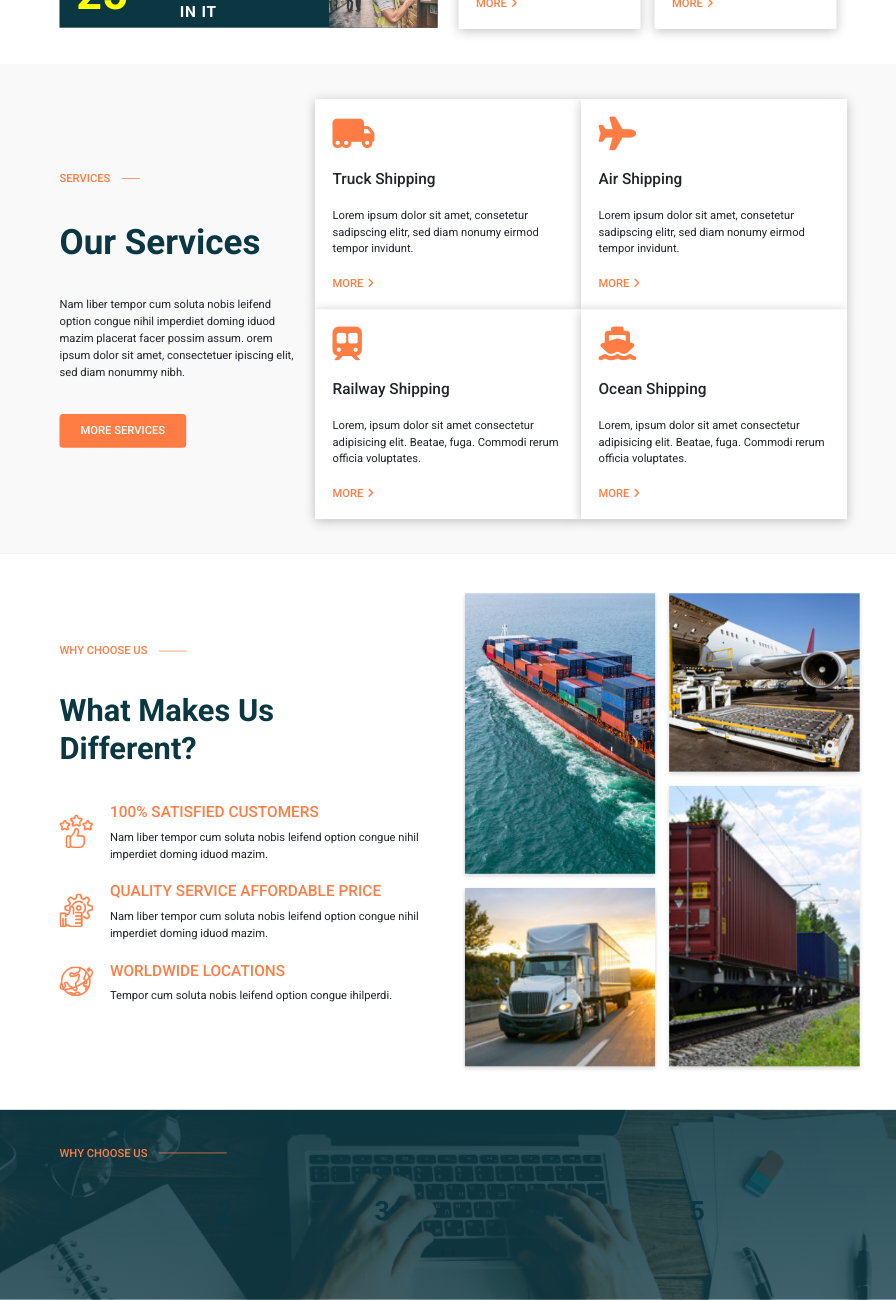
Repository: nazmulalok/shipping-theme
Page: index.html
The author's editor kept a copy of each file at every save. The page is drawn from the files as they stood at one save, then again after the next save.
The browser window is 1280 px wide. The pictures show the part of the page from y = 1621 to 3541 px (the page is 3478 px tall before and 3541 px after), at 70% of full size.
Some web libraries are served in a nearby version.

Above is the page before, as saved 2022-10-09 09:23:25.

### index.html
<!DOCTYPE html>
<html lang="en">

    <head>
        <meta charset="UTF-8">
        <meta http-equiv="X-UA-Compatible" content="IE=edge">
        <meta name="viewport" content="width=device-width, initial-scale=1.0">
        <link rel="preconnect" href="https://fonts.googleapis.com">
        <link rel="preconnect" href="https://fonts.gstatic.com" crossorigin>
        <link
            href="https://fonts.googleapis.com/css2?family=Roboto:ital,wght@0,300;0,400;0,500;0,700;0,900;1,300;1,400;1,500;1,700;1,900&display=swap"
            rel="stylesheet">
        <link rel="stylesheet"
            href="https://cdnjs.cloudflare.com/ajax/libs/OwlCarousel2/2.3.4/assets/owl.carousel.min.css"
            integrity="sha512-tS3S5qG0BlhnQROyJXvNjeEM4UpMXHrQfTGmbQ1gKmelCxlSEBUaxhRBj/EFTzpbP4RVSrpEikbmdJobCvhE3g=="
            crossorigin="anonymous" referrerpolicy="no-referrer" />
        <link rel="stylesheet"
            href="https://cdnjs.cloudflare.com/ajax/libs/OwlCarousel2/2.3.4/assets/owl.theme.default.min.css"
            integrity="sha512-sMXtMNL1zRzolHYKEujM2AqCLUR9F2C4/05cdbxjjLSRvMQIciEPCQZo++nk7go3BtSuK9kfa/s+a4f4i5pLkw=="
            crossorigin="anonymous" referrerpolicy="no-referrer" />
        <link rel="stylesheet" href="https://cdnjs.cloudflare.com/ajax/libs/font-awesome/6.2.0/css/all.min.css"
            integrity="sha512-xh6O/CkQoPOWDdYTDqeRdPCVd1SpvCA9XXcUnZS2FmJNp1coAFzvtCN9BmamE+4aHK8yyUHUSCcJHgXloTyT2A=="
            crossorigin="anonymous" referrerpolicy="no-referrer" />
        <link rel="stylesheet" href="https://cdn.jsdelivr.net/npm/bootstrap@4.0.0/dist/css/bootstrap.min.css"
            integrity="sha384-Gn5384xqQ1aoWXA+058RXPxPg6fy4IWvTNh0E263XmFcJlSAwiGgFAW/dAiS6JXm" crossorigin="anonymous">
        <link rel="stylesheet" href="style.css">
        <title>Document</title>
    </head>

    <body>
        <header class="header-top">
            <div class="container">
                <div class="top-bar">
                    <p class="m-0">Dolor sit amet, consetetur sadipscing elitr sed diam</p>
                    <div>
                        <span class="mr-4">Shipment Tracker</span>
                        <span>Login</span>
                    </div>
                </div>
                <div class="header-area">
                    <div class="logo">
                        <img src="images/shipping-logo.svg" alt="Shipping Logo">
                    </div>
                    <nav>
                        <ul>
                            <li><a href="#">Home</a></li>
                            <li><a href="#">About Us</a></li>
                            <li><a href="#">Service</a></li>
                            <li><a href="#">Project</a></li>
                            <li><a href="#">Blog</a></li>
                            <li><a href="#">News & Events</a></li>
                            <li><a href="#">Contact Us</a></li>
                        </ul>
                    </nav>
                    <div class="nav-btn">
                        <a class="common-btn mr-3" href="#">Get A Quote</a>
                        <i class="fa-solid fa-ellipsis-vertical"></i>
                    </div>
                </div>
            </div>
        </header>
        <!-- Slider -->
        <section>
            <div class="main-slider">
                <div class="container">
                    <div class="slide-content">
                        <div class="slide-text">
                            <div class="slider-title mb-4">Lorem ips<br>
                                dolor sit ametcon<br>
                                sadips cing</div>
                            <p>Nam liber tempor cum soluta nobis eleifend option</p>
                            <div class="sliderBtn mt-5"><a class="common-btn mr-4" href="#">Get Started Now</a><a
                                    class="common-btn outline-btn" href="#">Learn More</a></div>
                        </div>
                    </div>
                </div>
            </div>
        </section>
        <!-- Slider Ends -->
        <div class="common-sec">
            <div class="container">
                <div class="row align-items-center mb-5">
                    <div class="col-lg-6">
                        <h1 class="border-heading">Duis Autem Vel Eumri
                            Ure Dolor In Hend</h1>
                    </div>
                    <div class="col-lg-6">
                        <p class="ms-4">Nam liber tempor cum soluta nobis eleifend option congue nihil imperdiet doming
                            id quod mazim
                            placerat facer possim assum. Lorem ipsum dolor sit amet, consectetuer adipiscing.</p>
                    </div>
                </div>
                <div class="row mt-5">
                    <div class="col-lg-6">
                        <div class="video-box img-box img-shadow">
                            <img src="images/ship-products.jpg" alt="Ship Products" />
                            <a data-fancybox="" href="" class="video-btn">
                                <i class="fa fa-play"></i>
                            </a>
                        </div>
                        <div class="exp-section">
                            <div class="exp-title ml-4">
                                25
                            </div>
                            <div class="exp-paragraph">
                                Years <br>Experience <br>In It
                            </div>
                            <img src="images/exp-bg.png" alt="Experience">
                        </div>
                    </div>
                    <div class="col-lg-6">
                        <span class="sp-title">About Us</span>
                        <h2 class="mb-5">Lorem Ipsum Dolo
                            Sit Amet Conse</h2>
                        <p class="mb-5">Lorem ipsum dolor sit amet, consetetur sadipscing elitr, sed diam nonumy eirmod
                            tempor
                            invidunt.</p>
                        <div class="boxes">
                            <div class="common-box">
                                <div class="content">
                                    <i class="fa-solid fa-bullseye mb-4"></i>
                                    <div class="box-title mb-4">
                                        Our Mission
                                    </div>
                                    <p class="mb-4">Lorem, ipsum dolor sit amet consectetur adipisicing elit. Beatae,
                                        fuga. Commodi
                                        rerum
                                        officia voluptates.</p>
                                    <a href="#" class="more-btn">More</a>
                                </div>
                            </div>
                            <div class="common-box">
                                <div class="content">
                                    <i class="fa-regular fa-eye mb-4"></i>
                                    <div class="box-title mb-4">
                                        Our Vision
                                    </div>
                                    <p class="mb-4">Lorem, ipsum dolor sit amet consectetur adipisicing elit. Beatae,
                                        fuga. Commodi
                                        rerum
                                        officia voluptates.</p>
                                    <a href="#" class="more-btn">More</a>
                                </div>
                            </div>
                        </div>
                    </div>
                </div>
            </div>
        </div>
        <div class="common-sec service-sec">
            <div class="container">
                <div class="row align-items-center">
                    <div class="col-lg-4">
                        <span class="sp-title">Services</span>
                        <h2 class="mb-5">Our Services</h2>
                        <p class="mb-5">Nam liber tempor cum soluta nobis leifend option congue nihil imperdiet doming
                            iduod mazim placerat facer possim assum. orem ipsum dolor sit amet, consectetuer ipiscing
                            elit, sed diam nonummy nibh.</p>
                        <a href="#" class="common-btn">More Services</a>
                    </div>
                    <div class="col-lg-8">
                        <div class="row">
                            <div class="col-lg-6 p-0">
                                <div class="common-box">
                                    <div class="content">
                                        <i class="fa-solid fa-truck-moving mb-4"></i>
                                        <div class="box-title mb-4">
                                            Truck Shipping
                                        </div>
                                        <p class="mb-4">Lorem ipsum dolor sit amet, consetetur sadipscing elitr, sed
                                            diam nonumy eirmod tempor invidunt.</p>
                                        <a href="#" class="more-btn">More</a>
                                    </div>
                                </div>
                            </div>
                            <div class="col-lg-6 p-0">
                                <div class="common-box">
                                    <div class="content">
                                        <i class="fa-solid fa-plane mb-4"></i>
                                        <div class="box-title mb-4">
                                            Air Shipping
                                        </div>
                                        <p class="mb-4">Lorem ipsum dolor sit amet, consetetur sadipscing elitr, sed
                                            diam nonumy eirmod tempor invidunt.</p>
                                        <a href="#" class="more-btn">More</a>
                                    </div>
                                </div>
                            </div>
                            <div class="col-lg-6 p-0">
                                <div class="common-box">
                                    <div class="content">
                                        <i class="fa-solid fa-train-subway mb-4"></i>
                                        <div class="box-title mb-4">
                                            Railway Shipping
                                        </div>
                                        <p class="mb-4">Lorem, ipsum dolor sit amet consectetur adipisicing elit.
                                            Beatae,
                                            fuga. Commodi
                                            rerum
                                            officia voluptates.</p>
                                        <a href="#" class="more-btn">More</a>
                                    </div>
                                </div>
                            </div>
                            <div class="col-lg-6 p-0">
                                <div class="common-box">
                                    <div class="content">
                                        <i class="fa-solid fa-ship mb-4"></i>
                                        <div class="box-title mb-4">
                                            Ocean Shipping
                                        </div>
                                        <p class="mb-4">Lorem, ipsum dolor sit amet consectetur adipisicing elit.
                                            Beatae,
                                            fuga. Commodi
                                            rerum
                                            officia voluptates.</p>
                                        <a href="#" class="more-btn">More</a>
                                    </div>
                                </div>
                            </div>
                        </div>
                    </div>
                </div>
            </div>
        </div>
        <div class="common-sec why-choose-sec">
            <div class="container">
                <div class="row align-items-center">
                    <div class="col-lg-6">
                        <span class="sp-title">Why Choose Us</span>
                        <h3 class="mb-5">What Makes Us <br>
                            Different?</h3>
                        <div class="why-choose-box">
                            <div class="common-box d-flex align-items-center mb-4">
                                <div class="img-box mr-4">
                                    <img src="images/satisfied-customers.png" alt="Satisfied Customers">
                                </div>
                                <div>
                                    <div class="box-title mb-2">
                                        100% Satisfied Customers
                                    </div>
                                    <p>Nam liber tempor cum soluta nobis leifend option congue nihil imperdiet
                                        doming iduod mazim.</p>
                                </div>
                            </div>
                            <div class="common-box d-flex align-items-center mb-4">
                                <div class="img-box mr-4">
                                    <img src="images/quality-services.png" alt="Quality Services">
                                </div>
                                <div>
                                    <div class="box-title mb-2">
                                        Quality Service Affordable Price
                                    </div>
                                    <p>Nam liber tempor cum soluta nobis leifend option congue nihil imperdiet
                                        doming iduod mazim.</p>
                                </div>
                            </div>
                            <div class="common-box d-flex align-items-center mb-4">
                                <div class="img-box mr-4">
                                    <img src="images/worldwide-locations.png" alt="Worldwide Locations">
                                </div>
                                <div>
                                    <div class="box-title mb-2">
                                        Worldwide Locations
                                    </div>
                                    <p>Tempor cum soluta nobis leifend option congue ihilperdi.</p>
                                </div>
                            </div>
                        </div>
                    </div>
                    <div class="col-lg-6">
                        <div class="img-box">
                            <img src="images/why-choose-shipping.png" alt="Why Choose Shipping">
                        </div>
                    </div>
                </div>
            </div>
        </div>
        <div class="py-50 testimonial-sec">
            <div class="container">
                <span class="sp-title">Why Choose Us</span>



                <div class="owl-carousel owl-theme">
                    <div class="item">
                        <h4>1</h4>
                    </div>
                    <div class="item">
                        <h4>2</h4>
                    </div>
                    <div class="item">
                        <h4>3</h4>
                    </div>
                    <div class="item">
                        <h4>4</h4>
                    </div>
                    <div class="item">
                        <h4>5</h4>
                    </div>
                    <div class="item">
                        <h4>6</h4>
                    </div>
                    <div class="item">
                        <h4>7</h4>
                    </div>
                    <div class="item">
                        <h4>8</h4>
                    </div>
                    <div class="item">
                        <h4>9</h4>
                    </div>
                    <div class="item">
                        <h4>10</h4>
                    </div>
                    <div class="item">
                        <h4>11</h4>
                    </div>
                    <div class="item">
                        <h4>12</h4>
                    </div>
                </div>
            </div>
        </div>














        <script src="https://code.jquery.com/jquery-3.2.1.slim.min.js"
            integrity="sha384-KJ3o2DKtIkvYIK3UENzmM7KCkRr/rE9/Qpg6aAZGJwFDMVNA/GpGFF93hXpG5KkN"
            crossorigin="anonymous"></script>
        <script src="https://cdn.jsdelivr.net/npm/popper.js@1.12.9/dist/umd/popper.min.js"
            integrity="sha384-ApNbgh9B+Y1QKtv3Rn7W3mgPxhU9K/ScQsAP7hUibX39j7fakFPskvXusvfa0b4Q"
            crossorigin="anonymous"></script>
        <script src="https://cdn.jsdelivr.net/npm/bootstrap@4.0.0/dist/js/bootstrap.min.js"
            integrity="sha384-JZR6Spejh4U02d8jOt6vLEHfe/JQGiRRSQQxSfFWpi1MquVdAyjUar5+76PVCmYl"
            crossorigin="anonymous"></script>
        <script src="https://cdnjs.cloudflare.com/ajax/libs/jquery/3.6.1/jquery.min.js"
            integrity="sha512-aVKKRRi/Q/YV+4mjoKBsE4x3H+BkegoM/em46NNlCqNTmUYADjBbeNefNxYV7giUp0VxICtqdrbqU7iVaeZNXA=="
            crossorigin="anonymous" referrerpolicy="no-referrer"></script>
        <script src="https://cdnjs.cloudflare.com/ajax/libs/OwlCarousel2/2.3.4/owl.carousel.min.js"
            integrity="sha512-bPs7Ae6pVvhOSiIcyUClR7/q2OAsRiovw4vAkX+zJbw3ShAeeqezq50RIIcIURq7Oa20rW2n2q+fyXBNcU9lrw=="
            crossorigin="anonymous" referrerpolicy="no-referrer"></script>
        <script src="script.js"></script>
    </body>

</html>

Loaded but not shown: script.js (21 lines, source omitted); style.css (485 lines, source omitted)

After the next save:
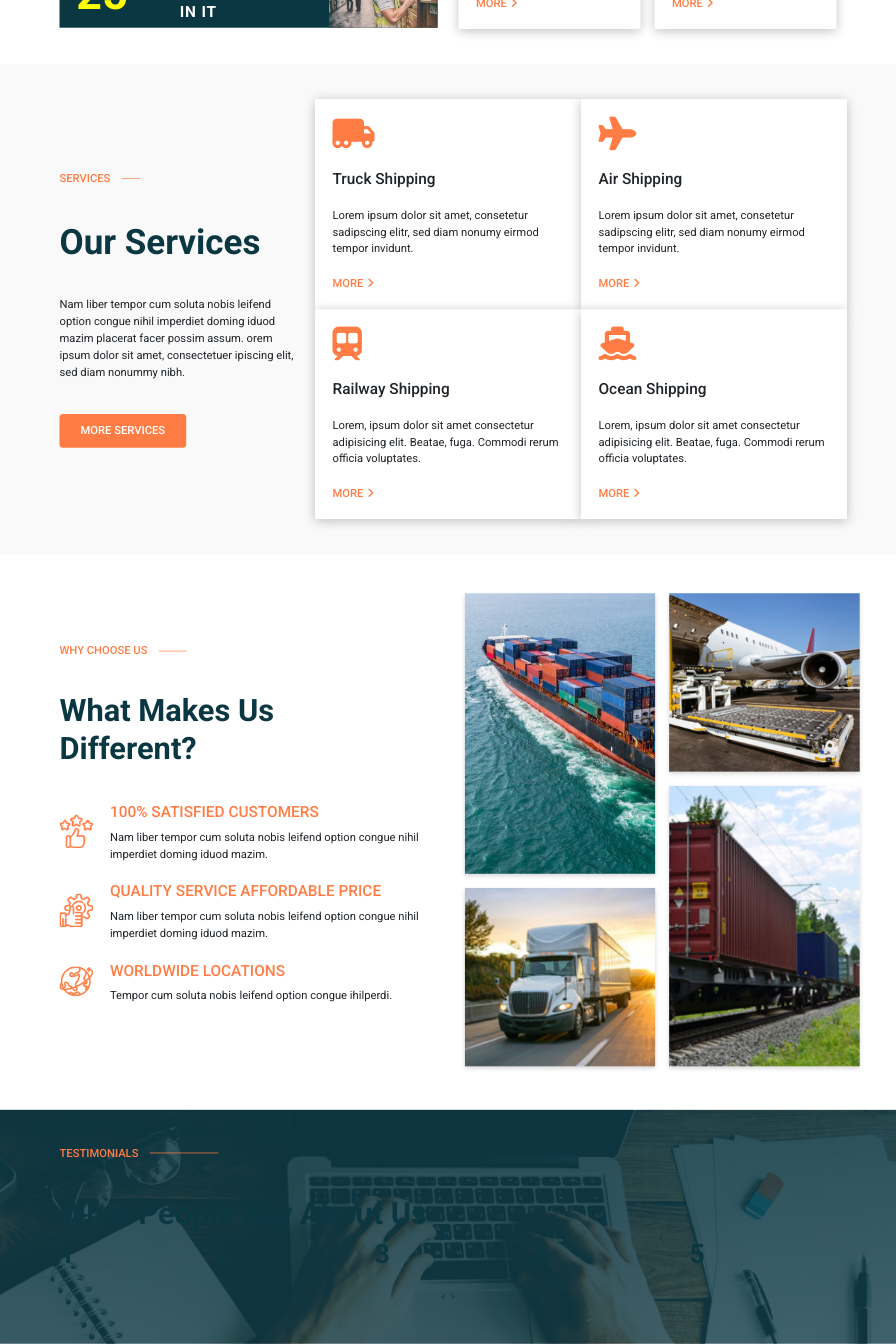
Saved 54 min 3 s later.
--- a/index.html
+++ b/index.html
@@ -278,7 +278,11 @@
         </div>
         <div class="py-50 testimonial-sec">
             <div class="container">
-                <span class="sp-title">Why Choose Us</span>
+                <span class="sp-title">Testimonials</span>
+                <div class="testimonial-heading">
+                    <h3>What People Say About Us</h3>
+                    <span></span>
+                </div>
 
 
 
